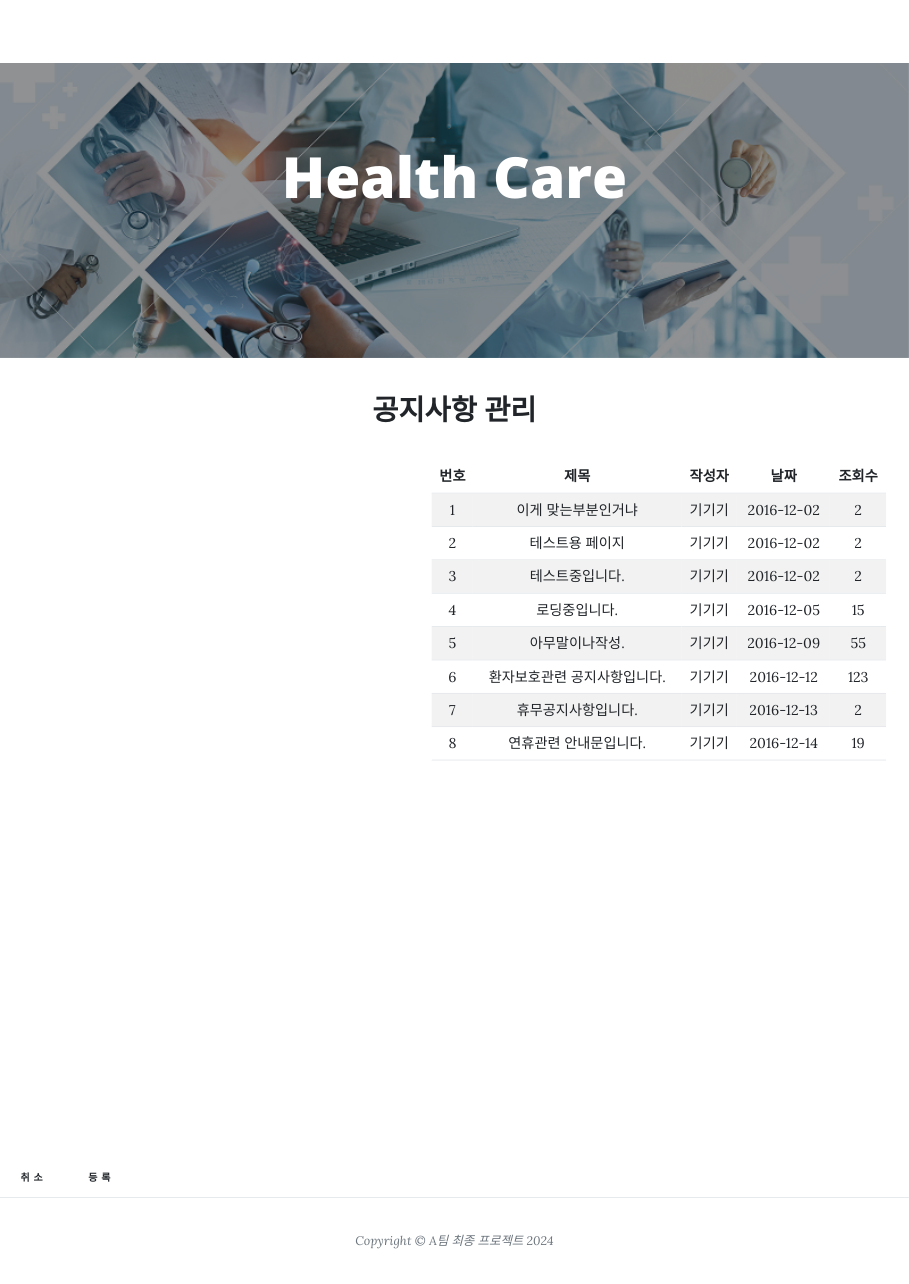
Repository: honsb91/project
Page: http://localhost/hospital/admin/notice.jsp
These files come from the project's save history. The page is drawn as it stood at one moment and after the next save; the edit follows.
The browser window is 1280 px wide. The pictures show the whole page, at 71% of full size.
Some web libraries are served in a nearby version. The page is served by Tomcat 9. Nobody is signed in. The application's start-up code is not run. Other server files are loaded and not shown. The template is opened directly, without the code that normally fills it, so the values that code supplies are empty.

Above is the page before, as saved 2024-02-02 03:49:48.
Console error: ReferenceError: $ is not defined

### hospital/src/main/webapp/admin/notice.jsp
<%@ page language="java" contentType="text/html; charset=UTF-8"
    pageEncoding="UTF-8"%>
<%@ taglib uri="http://java.sun.com/jsp/jstl/core" prefix="c" %>
<!DOCTYPE html>
<html>
<head>
<meta charset="UTF-8">
<title>Insert title here</title>
</head>
<%@ include file="/include/header.jsp"%>
<body>
<h1 class="text-center mb-5">공지사항 관리</h1>
<form action="/admin/registr" method="post" id="registrForm">
<table class="table table-striped text-center">
		<thead>
			<tr>
				<th>번호</th>
				<th>제목</th>
				<th>작성자</th>
				<th>날짜</th>
				<th>조회수</th>
			</tr>
		</thead>
		<tbody>
			<tr>
				<td>1</td>
				<td>이게 맞는부분인거냐</td>
				<td>기기기</td>
				<td>2016-12-02</td>
				<td>2</td>
			</tr>
			<tr>
				<td>2</td>
				<td>테스트용 페이지</td>
				<td>기기기</td>
				<td>2016-12-02</td>
				<td>2</td>
			</tr>
			<tr>
				<td>3</td>
				<td>테스트중입니다.</td>
				<td>기기기</td>
				<td>2016-12-02</td>
				<td>2</td>
			</tr>
			<tr>
				<td>4</td>
				<td>로딩중입니다.</td>
				<td>기기기</td>
				<td>2016-12-05</td>
				<td>15</td>
			</tr>
			<tr>
				<td>5</td>
				<td>아무말이나작성.</td>
				<td>기기기</td>
				<td>2016-12-09</td>
				<td>55</td>
			</tr>
			<tr>
				<td>6</td>
				<td>환자보호관련 공지사항입니다.</td>
				<td>기기기</td>
				<td>2016-12-12</td>
				<td>123</td>
			</tr>
			<tr>
				<td>7</td>
				<td>휴무공지사항입니다.</td>
				<td>기기기</td>
				<td>2016-12-13</td>
				<td>2</td>
			</tr>
			<tr>
				<td>8</td>
				<td>연휴관련 안내문입니다.</td>
				<td>기기기</td>
				<td>2016-12-14</td>
				<td>19</td>
			</tr>
		</tbody>
	</table>
</form>
<div class="btn_section">
                   				<button id="cancelBtn" class="btn">취 소</button>
	                    		<button id="registrBtn" class="btn registr_btn">등 록</button>
	       </div>
</body>
<%@ include file="/include/footer.jsp"%>
<script>

/* 등록 버튼 */
$("#registrBtn").click(function(){
    $("#registrForm").submit();
});

/* 취소 버튼 */
$("#cancelBtn").click(function(){
    location.href="/admin/notice"
});

$(document).ready(function(){

	let result = '<c:out value="${registr_result}"/>';

    checkResult(result);

    function checkResult(result){

        if(result === ''){
            return;
        }

        alert("공지사항'${registr_result}' 을 등록하였습니다.");

    }

});

</script>
</html>

### hospital/src/main/webapp/include/header.jsp
<%@ page language="java" contentType="text/html; charset=UTF-8"
	pageEncoding="UTF-8"%>
<%@ taglib prefix="c" uri="http://java.sun.com/jsp/jstl/core"%>
<meta charset="UTF-8">
<title>Insert title here</title>
<head>
<meta charset="utf-8" />
<meta name="viewport" content="width=device-width, initial-scale=1, shrink-to-fit=no" />
<meta name="description" content="" />
<meta name="author" content="" />
<link rel="icon" type="image/x-icon" href="/resources/assets/favicon.ico" />
<!-- Font Awesome icons (free version)-->
<script src="https://use.fontawesome.com/releases/v6.3.0/js/all.js" crossorigin="anonymous"></script>
<!-- Google fonts-->
<link href="https://fonts.googleapis.com/css?family=Lora:400,700,400italic,700italic" rel="stylesheet" type="text/css" />
<link href="https://fonts.googleapis.com/css?family=Open+Sans:300italic,400italic,600italic,700italic,800italic,400,300,600,700,800"
	rel="stylesheet" type="text/css" />
<!-- Core theme CSS (includes Bootstrap)-->
<link href="/resources/css/styles.css" rel="stylesheet" />
</head>
<body>
	<!-- Navigation-->
	<nav class="navbar navbar-expand-lg navbar-light" id="mainNav">
		<div class="container px-4 px-lg-5">
			<a class="navbar-brand" href="/main">Health Care</a>
			<button class="navbar-toggler" type="button"
				data-bs-toggle="collapse" data-bs-target="#navbarResponsive"
				aria-controls="navbarResponsive" aria-expanded="false"
				aria-label="Toggle navigation">
				Menu <i class="fas fa-bars"></i>
			</button>
			<div class="collapse navbar-collapse" id="navbarResponsive">
				<ul class="navbar-nav ms-auto py-4 py-lg-0 ">
    				<li class="nav-item"><a class="nav-link px-lg-3 py-3 py-lg-4" href="/main">Home</a></li>
    				<!-- 관리자로 로그인시 faq 와 공지사항은 안보이게 처리-->
    				<c:if test="${empty admin}">
    					<li class="nav-item"><a class="nav-link px-lg-3 py-3 py-lg-4" href="/faq">FAQ</a></li>
    					<li class="nav-item"><a class="nav-link px-lg-3 py-3 py-lg-4" href="/notice">공지사항</a></li>
    				</c:if>

    				<c:if test="${empty patient and empty admin}">
        			<!-- 로그인 안 된 경우 -->
        				<li class="nav-item"><a class="nav-link px-lg-3 py-3 py-lg-4" href="/member/login.jsp">로그인</a></li>
        				<li class="nav-item"><a class="nav-link px-lg-3 py-3 py-lg-4" href="/admin/login.jsp">관리자 로그인</a></li>
        				<li class="nav-item"><a class="nav-link px-lg-3 py-3 py-lg-4" href="/member/join.jsp">회원가입</a></li>
    				</c:if>

    				<c:if test="${not empty patient}">
        			<!-- 일반 회원으로 로그인된 경우 -->
        				<li class="nav-item"><a class="nav-link px-lg-3 py-3 py-lg-4" href="/member/logout">로그아웃</a></li>
    				</c:if>

    				<c:if test="${not empty admin}">
        			<!-- 관리자로 로그인된 경우 -->
        				<li class="nav-item"><a class="nav-link px-lg-3 py-3 py-lg-4" href="/admin/patient.jsp">환자정보 관리</a></li>
        				<li class="nav-item"><a class="nav-link px-lg-3 py-3 py-lg-4" href="/admin/faq.jsp">FAQ 관리</a></li>
        				<li class="nav-item"><a class="nav-link px-lg-3 py-3 py-lg-4" href="/admin/notice.jsp">공지사항 관리</a></li>
        				<li class="nav-item"><a class="nav-link px-lg-3 py-3 py-lg-4" href="/admin/logout">로그아웃</a></li>
    				</c:if>
				</ul>
			</div>
		</div>
	</nav>
	<!-- Page Header-->
	<header class="masthead" style="background-image: url('/resources/assets/img/test4.png')">
		<div class="container position-relative px-4 px-lg-5">
			<div class="row gx-4 gx-lg-5 justify-content-center">
				<div class="col-md-10 col-lg-8 col-xl-7">
					<div class="site-heading">
						<h1>Health Care</h1>
					</div>
				</div>
			</div>
		</div>
	</header>

### hospital/src/main/webapp/include/footer.jsp
<%@ page language="java" contentType="text/html; charset=UTF-8"
    pageEncoding="UTF-8"%>
<!DOCTYPE html>
<html>
<head>
<meta charset="UTF-8">
<title>Insert title here</title>
</head>
<body>
<footer class="border-top">
		<div class="container px-4 px-lg-5">
			<div class="row gx-4 gx-lg-5 justify-content-center">
				<div class="col-md-10 col-lg-8 col-xl-7">
					<div class="small text-center text-muted fst-italic">Copyright
						&copy; A팀 최종 프로젝트 2024</div>
				</div>
			</div>
		</div>
	</footer>
	<!-- Bootstrap core JS-->
	<script
		src="https://cdn.jsdelivr.net/npm/bootstrap@5.2.3/dist/js/bootstrap.bundle.min.js"></script>
	<!-- Core theme JS-->
	<script src="js/scripts.js"></script>
</body>
</html>

### hospital/src/main/webapp/resources/js/scripts.js
/*!
* Start Bootstrap - Clean Blog v6.0.9 (https://startbootstrap.com/theme/clean-blog)
* Copyright 2013-2023 Start Bootstrap
* Licensed under MIT (https://github.com/StartBootstrap/startbootstrap-clean-blog/blob/master/LICENSE)
*/
window.addEventListener('DOMContentLoaded', () => {
    let scrollPos = 0;
    const mainNav = document.getElementById('mainNav');
    const headerHeight = mainNav.clientHeight;
    window.addEventListener('scroll', function() {
        const currentTop = document.body.getBoundingClientRect().top * -1;
        if ( currentTop < scrollPos) {
            // Scrolling Up
            if (currentTop > 0 && mainNav.classList.contains('is-fixed')) {
                mainNav.classList.add('is-visible');
            } else {
                console.log(123);
                mainNav.classList.remove('is-visible', 'is-fixed');
            }
        } else {
            // Scrolling Down
            mainNav.classList.remove(['is-visible']);
            if (currentTop > headerHeight && !mainNav.classList.contains('is-fixed')) {
                mainNav.classList.add('is-fixed');
            }
        }
        scrollPos = currentTop;
    });
})

Loaded but not shown: hospital/src/main/webapp/resources/css/styles.css (library)

After the next save:
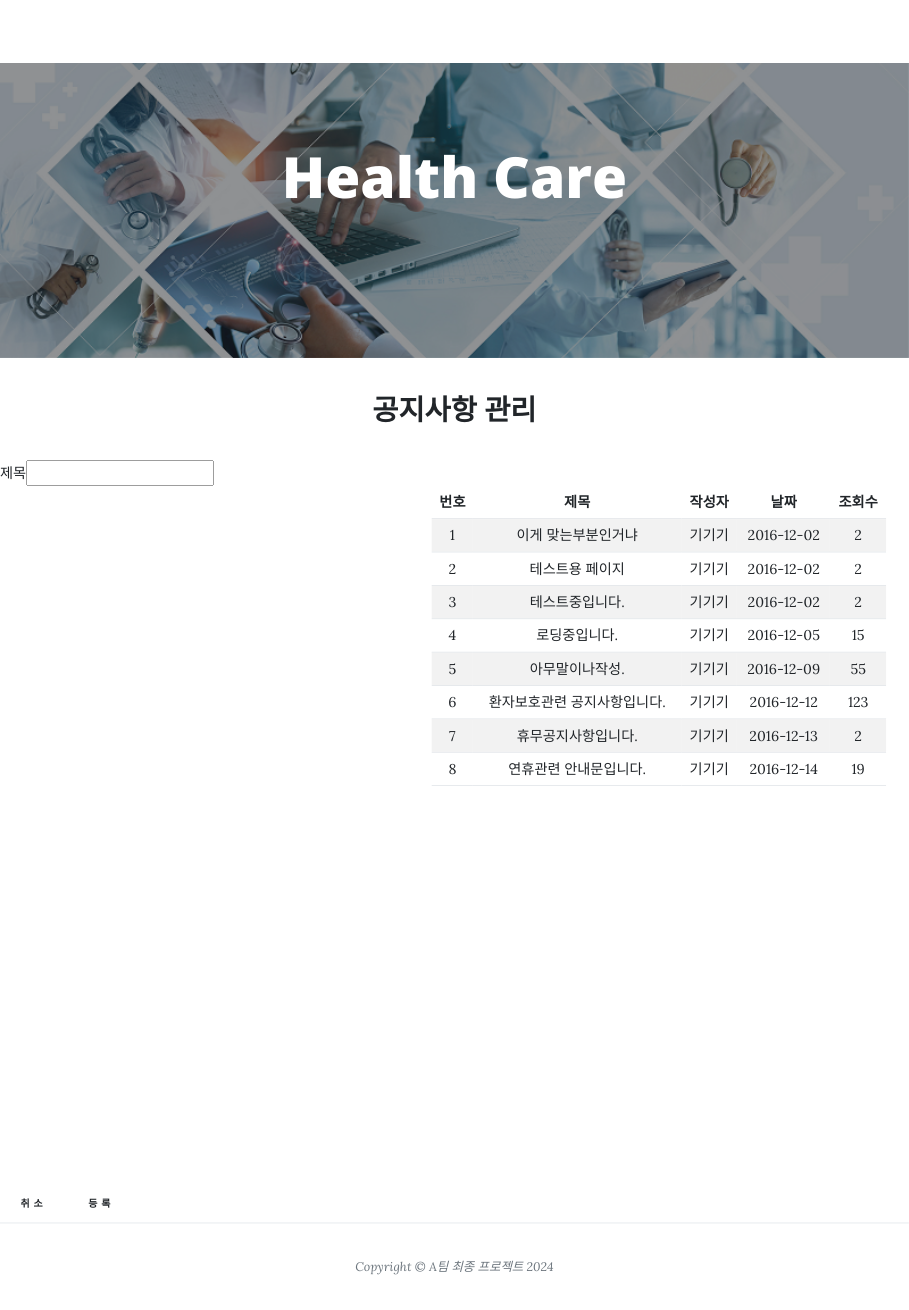
Saved 2 min 37 s later.
--- a/hospital/src/main/webapp/admin/notice.jsp
+++ b/hospital/src/main/webapp/admin/notice.jsp
@@ -24,6 +24,7 @@
 		<tbody>
 			<tr>
 				<td>1</td>
+				<label for="title">제목</label><input type="text" id="title" name="title" />
 				<td>이게 맞는부분인거냐</td>
 				<td>기기기</td>
 				<td>2016-12-02</td>
